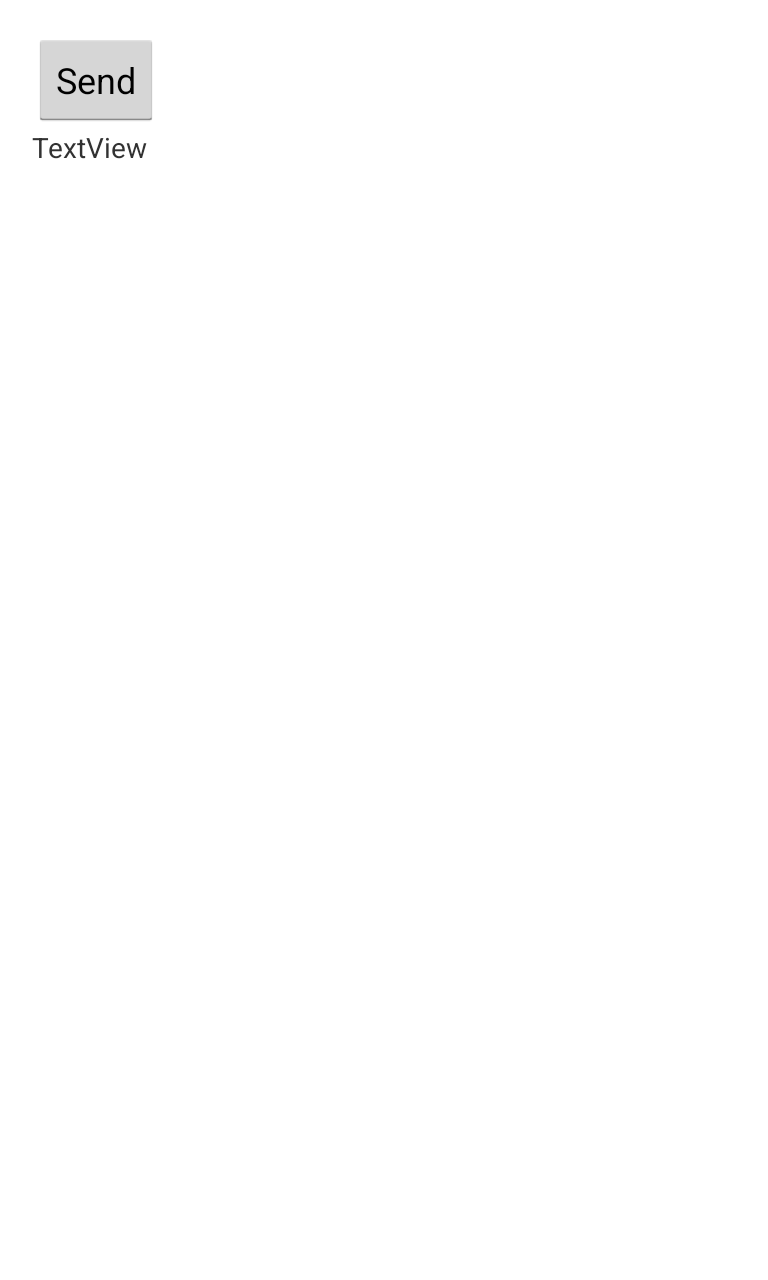
Repository: superlikex/Android_task
Layout: HttpClient_test/res/layout/activity_main.xml
An editor plug-in stored every save of this project. The layout is shown before and after the next save, followed by the edit.
It is drawn on a 768 x 1280 px phone screen (xhdpi) without system bars, with theme AppTheme; the app's code is not run.

Above is the layout before, as saved 2015-12-04 09:23:23.

After the next save:
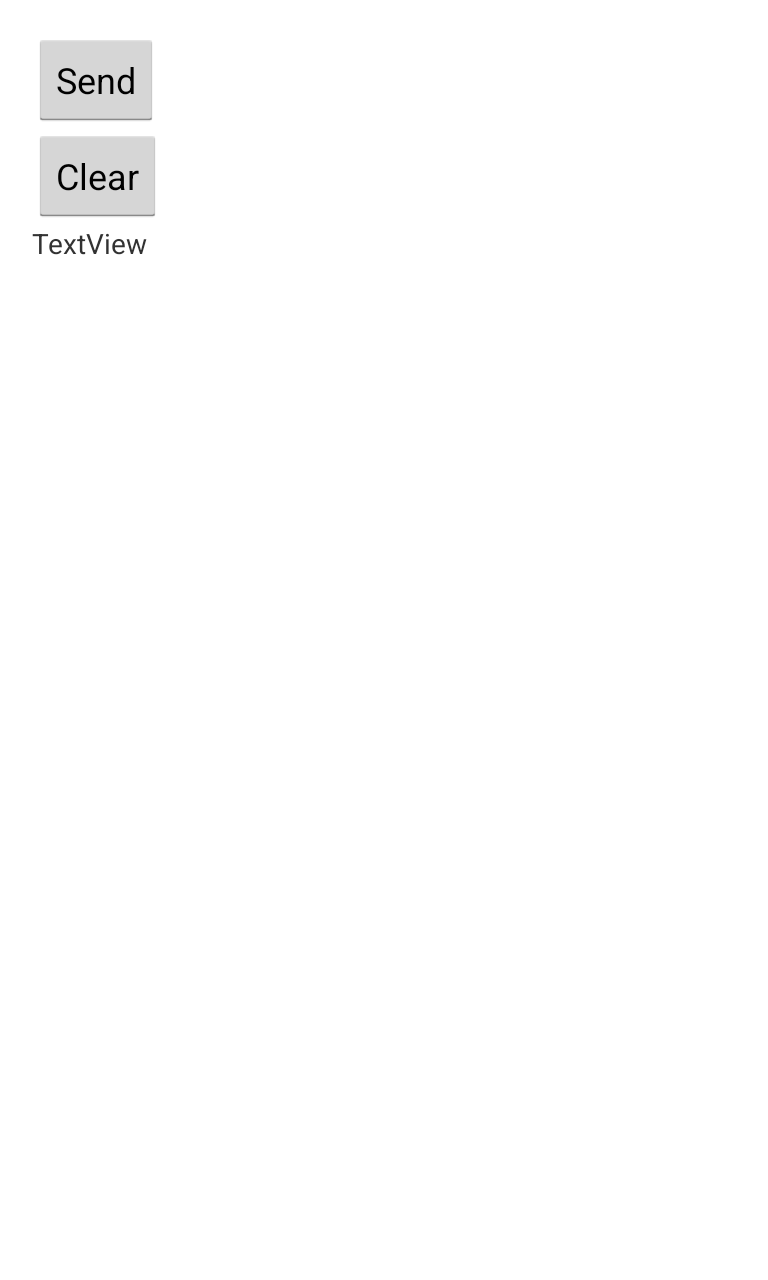
Saved 7 min 0 s later.
--- a/HttpClient_test/res/layout/activity_main.xml
+++ b/HttpClient_test/res/layout/activity_main.xml
@@ -16,6 +16,11 @@
         android:layout_width="wrap_content"
         android:layout_height="wrap_content"
         android:text="Send" />
+     <Button
+        android:id="@+id/bt_clear"
+        android:layout_width="wrap_content"
+        android:layout_height="wrap_content"
+        android:text="Clear" />
 
     <TextView
         android:id="@+id/textView1"
